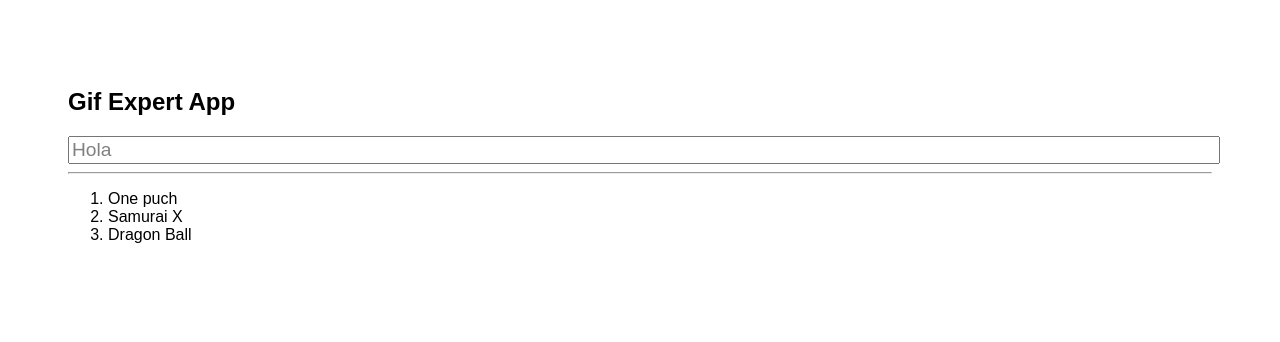
Repository: ppfeliuu/gifs-app
Page: /
The author's editor kept a copy of each file at every save. The page is drawn from the files as they stood at one save, then again after the next save.
The browser window is 1280 px wide. The pictures show the whole page.
The project was rebuilt for these pictures with package versions that can differ from the ones it lists, and the page was loaded fresh each time.

Above is the page before, as saved 2021-05-26 09:44:27.

### src/index.js
import React from "react";
import ReactDOM from "react-dom";
import GifExpertApp from "./GifExpertApp";
import "./index.css";

ReactDOM.render(
  <GifExpertApp />,

  document.getElementById("root")
);

### src/GifExpertApp.js
import React, { useState } from "react";
import AddCategory from "./components/AddCategory";

export const GifExpertApp = () => {
  const [categories, setCategories] = useState([
    "One puch",
    "Samurai X",
    "Dragon Ball",
  ]);

  /* const handleAdd = () => {
    setCategories([...categories, "Hunter"]);
  }; */

  return (
    <div>
      <h2>Gif Expert App</h2>
      <AddCategory />
      <hr />

      <ol>
        {categories.map((category) => (
          <li key={category}>{category}</li>
        ))}
      </ol>
    </div>
  );
};

export default GifExpertApp;

### src/index.css
* {
  font-family: Arial, Helvetica, sans-serif;
}

body {
  padding: 60px;
}

input {
  color: grey;
  font-size: 1.2rem;
  width: 100%;
}

### src/components/AddCategory.js
import React, { useState } from "react";

const AddCategory = () => {
  const [inputValue, setInputValue] = useState("Hola");

  const handleInputChange = (e) => {
    setInputValue(e.target.value);
  };

  return (
    <>
      <input type="text" value={inputValue} onChange={handleInputChange} />
    </>
  );
};

export default AddCategory;

Loaded but not shown: public/index.html (common file)

After the next save:
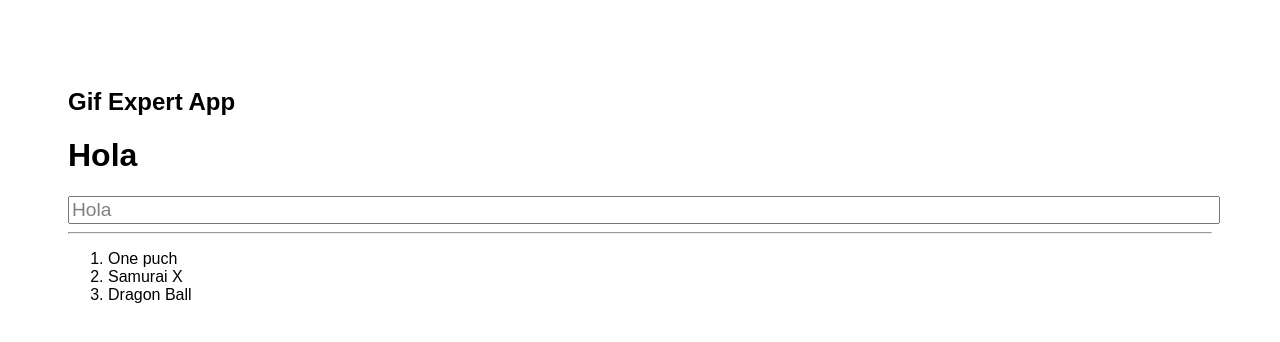
Saved 28 s later.
--- a/src/components/AddCategory.js
+++ b/src/components/AddCategory.js
@@ -9,6 +9,7 @@
 
   return (
     <>
+      <h1>{inputValue}</h1>
       <input type="text" value={inputValue} onChange={handleInputChange} />
     </>
   );

After the save that followed:
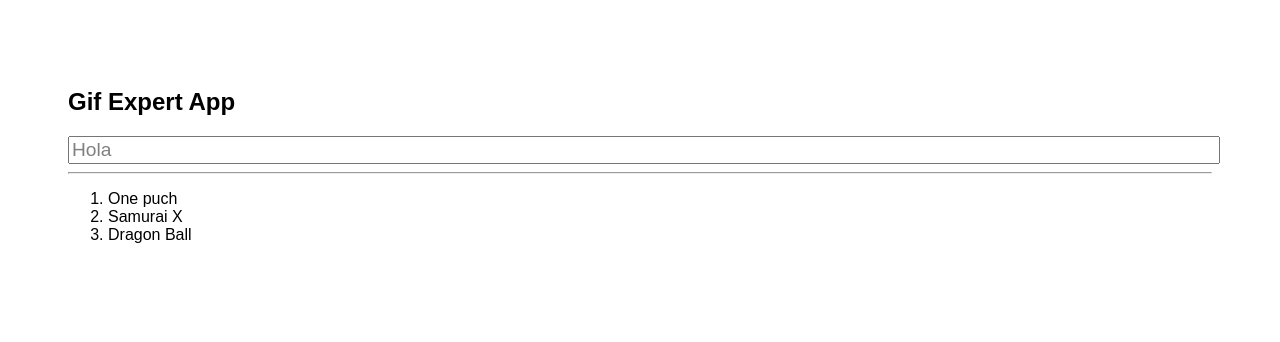
Saved 69 s later.
--- a/src/components/AddCategory.js
+++ b/src/components/AddCategory.js
@@ -7,10 +7,13 @@
     setInputValue(e.target.value);
   };
 
+  const handleSubmit = (e) => {};
+
   return (
     <>
-      <h1>{inputValue}</h1>
-      <input type="text" value={inputValue} onChange={handleInputChange} />
+      <form>
+        <input type="text" value={inputValue} onChange={handleInputChange} />
+      </form>
     </>
   );
 };
